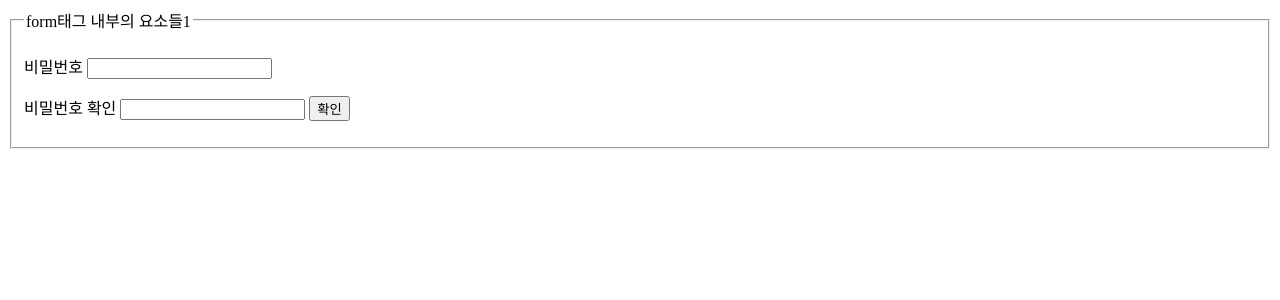
Repository: reddrinkbro/JSPStudy
Page: javascript/WebContent/4객체/dom_ob6.html
The author's editor kept a copy of each file at every save. The page is drawn from the files as they stood at one save, then again after the next save.
The browser window is 1280 px wide. The pictures show the whole page.

Above is the page before, as saved 2020-04-10 03:18:07.

After the next save:
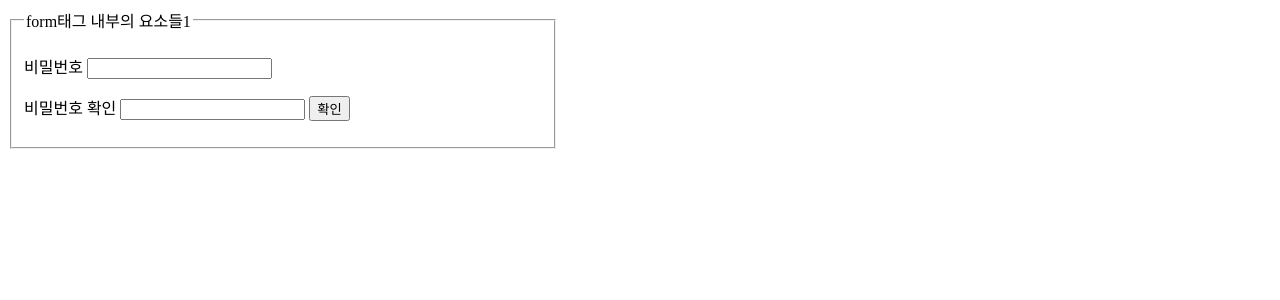
Saved 6 min 49 s later.
--- a/javascript/WebContent/4객체/dom_ob6.html
+++ b/javascript/WebContent/4객체/dom_ob6.html
@@ -3,6 +3,12 @@
 <head>
 <meta charset="UTF-8">
 <title>Insert title here</title>
+	<style type="text/css">
+		form{
+			width: 550px; /*너비 설정*/
+		}
+
+	</style>
 </head>
 <body>
 	<form action="a.jsp" name = "f1">
@@ -19,5 +25,13 @@
 			</p>
 		</fieldset>
 	</form>
+	<script type="text/javascript">
+		//<form name ="f1"> 요소를 선택해 가져온다
+		//확인버튼을 클릭했을때 이벤트 처리함수가 실행되게 선언
+		document.f1.onsubmit = function(){
+			alert("전송");
+		}
+
+	</script>
 </body>
 </html>
